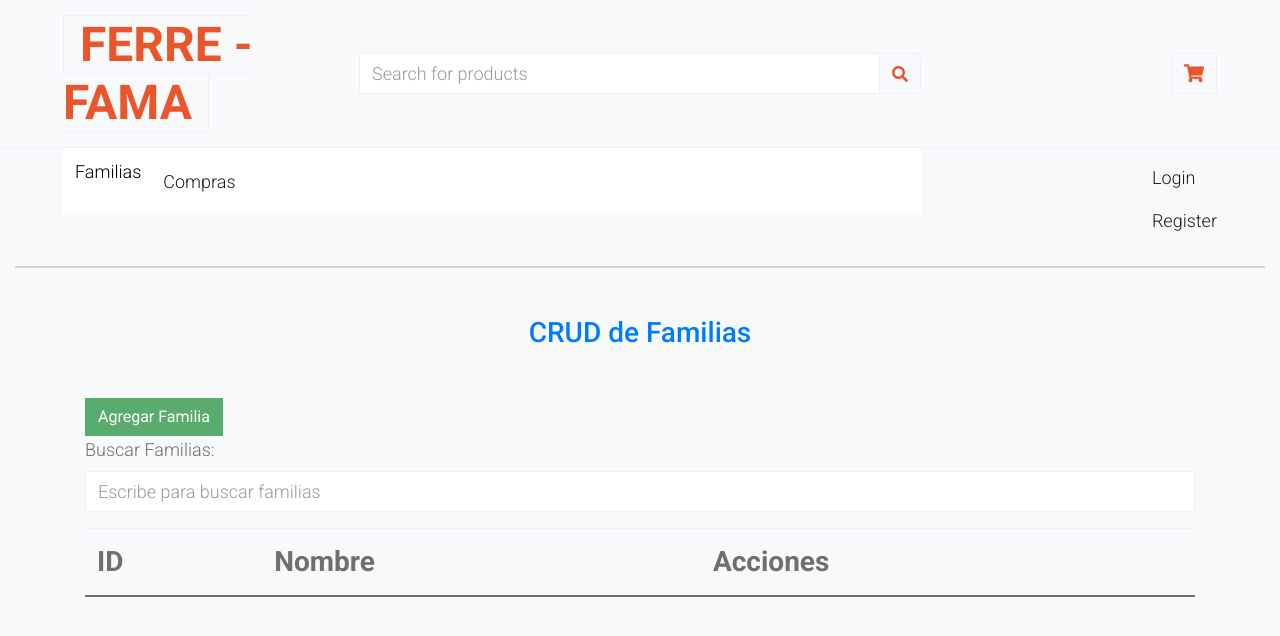
Repository: Yaqode/front-fama
Page: Views/Familias.html
An editor plug-in stored every save of this project. The page is shown before and after the next save, followed by the edit.
The browser window is 1280 px wide. The pictures show the whole page.
The page's requests for data from a server got no answer. Some web libraries are served in a nearby version.

Above is the page before, as saved 2023-12-19 11:33:03.

After the next save:
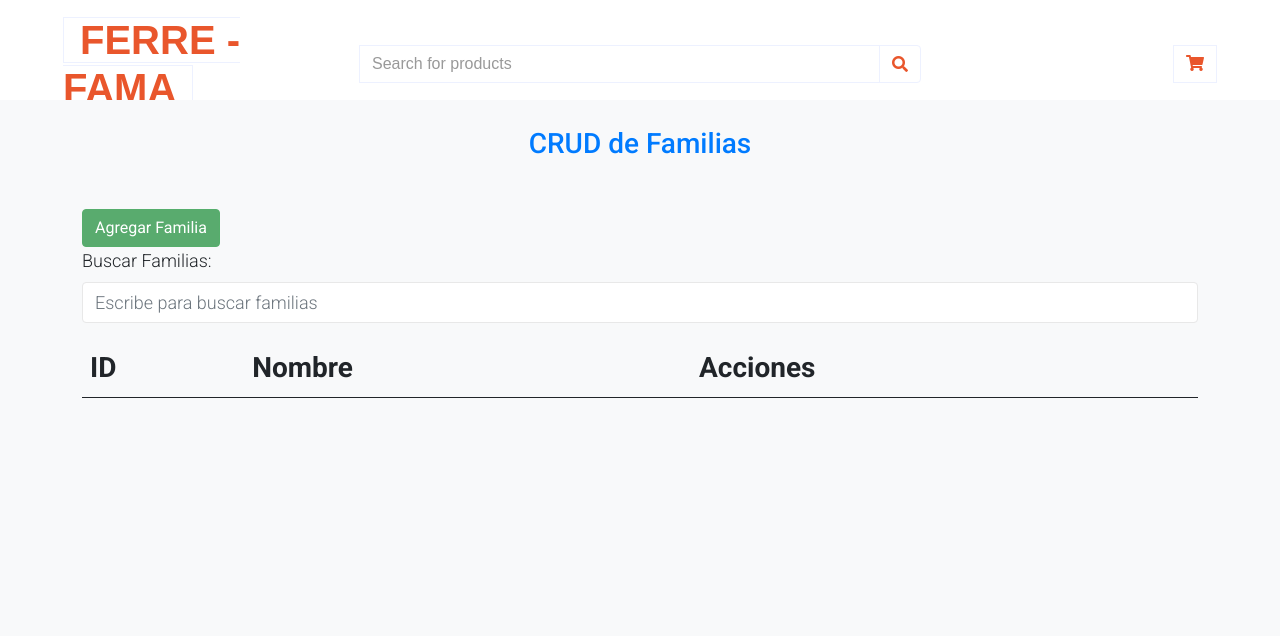
Saved 64 s later.
--- a/Views/Familias.html
+++ b/Views/Familias.html
@@ -87,16 +87,10 @@
         font-size: 28px;
     }
 </style>
-<!-- Script para cargar el header -->
-<script>
-    fetch('header_admin.html')
-      .then(response => response.text())
-      .then(data => {
-        document.body.innerHTML = data + document.body.innerHTML;
-        cargarContenidoHeader();  // Llama a la función del script del header después de cargarlo
-      })
-      .catch(error => console.error('Error al cargar el header:', error));
-  </script>
+
+  <!-- Incluir el iframe con el header -->
+  <iframe src="header_admin.html" width="100%" height="100"></iframe>
+
 
 <div class="container">
     <h2 class="mb-4">CRUD de Familias</h2>
